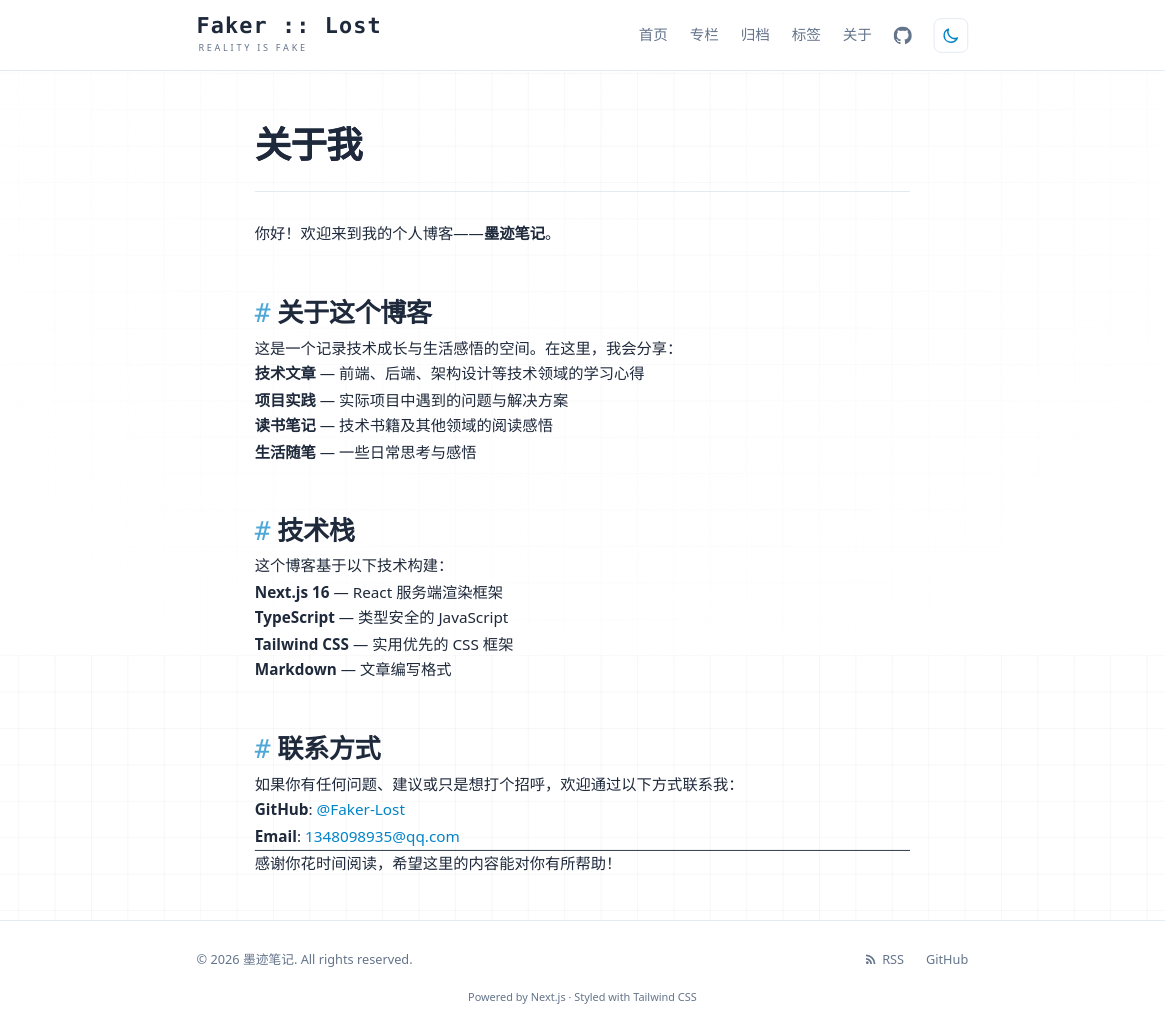
Repository: Faker-Lost/my-blog
Page: /about
An editor plug-in stored every save of this project. The page is shown before and after the next save, followed by the edit.
The browser window is 1280 px wide. The pictures show the whole page, at 91% of full size.
The project was rebuilt for these pictures with package versions that can differ from the ones it lists, and the page was loaded fresh each time. The framework's server and built-in components were replaced by stand-ins that run in the browser. Also part of the build but not shown: next.config.ts.

Above is the page before, as saved 2026-02-10 14:41:26.

After the next save:
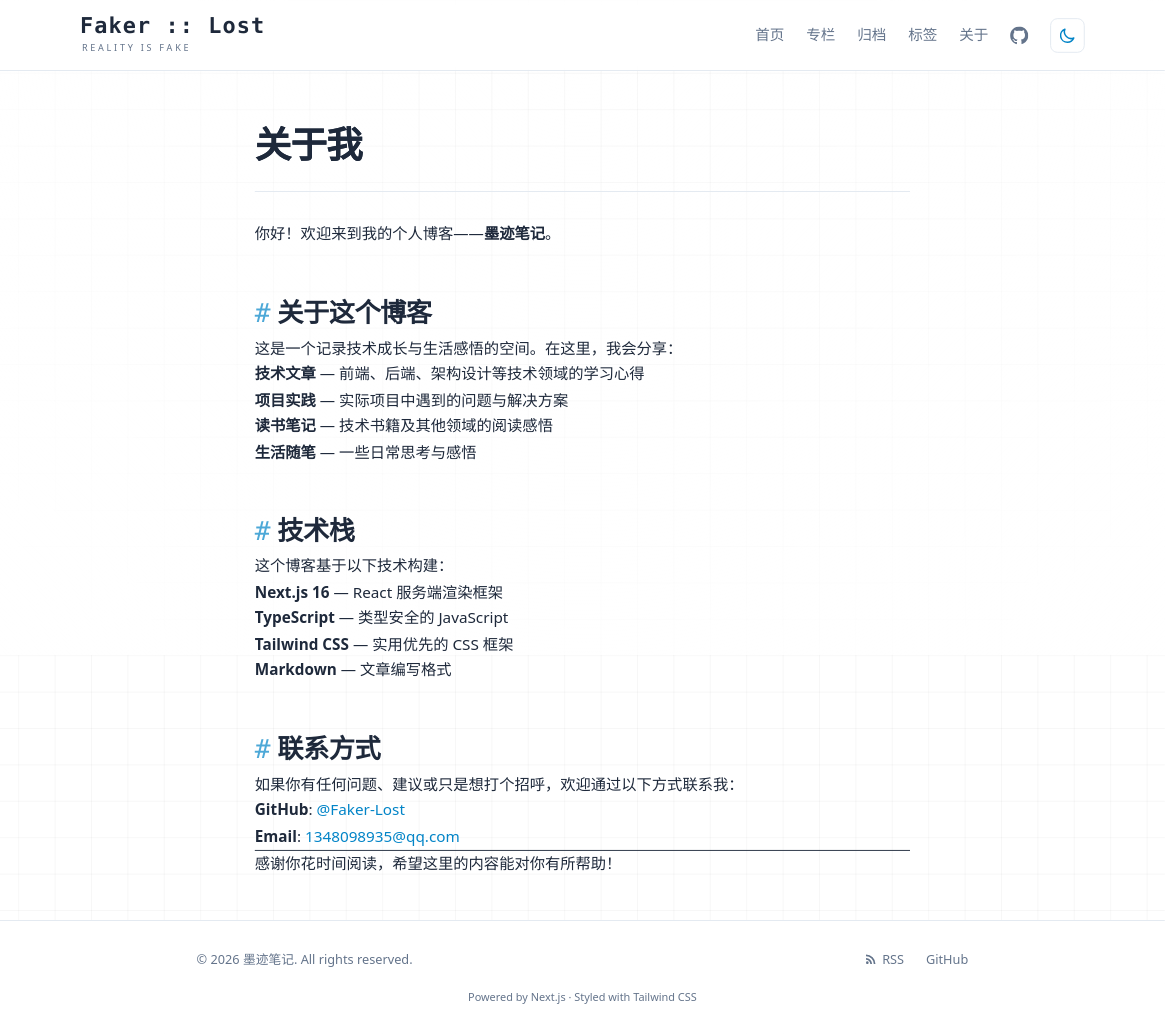
Saved 11 s later.
--- a/components/Header.tsx
+++ b/components/Header.tsx
@@ -4,8 +4,8 @@ import GlitchText from './GlitchText';
 
 export default function Header() {
   return (
-    <header className="border-b border-[var(--border)] bg-[var(--background)]">
-      <div className="max-w-4xl mx-auto px-6 py-4 flex items-center justify-between">
+    <header className="sticky top-0 z-50 border-b border-[var(--border)] bg-[var(--header-bg)] backdrop-blur-md supports-[backdrop-filter]:bg-opacity-60 transition-all duration-300">
+      <div className="max-w-6xl mx-auto px-6 py-4 flex items-center justify-between">
         {/* Logo / 站点名称 */}
         <Link href="/" className="group flex flex-col items-start gap-1">
           <span
